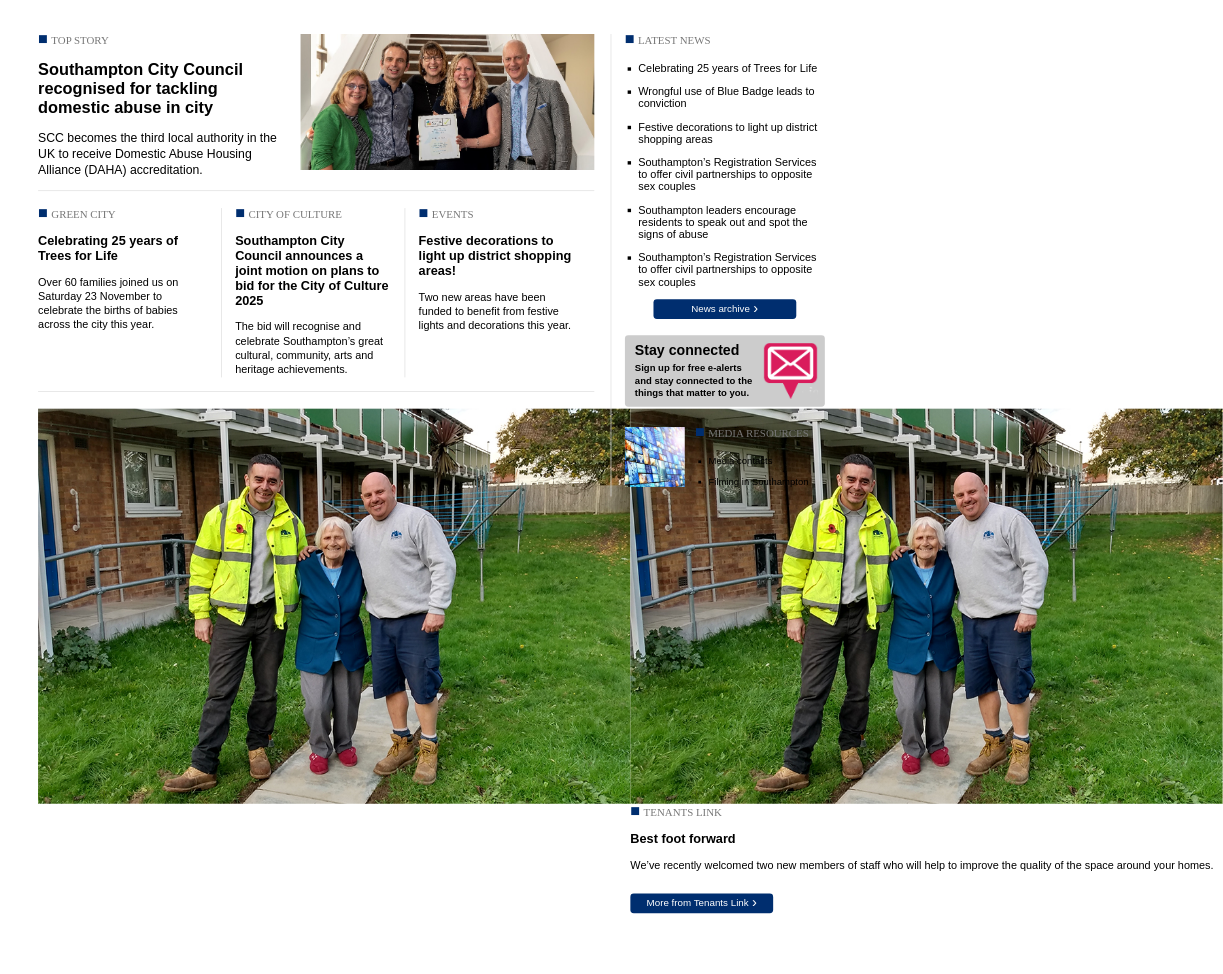
Repository: Domehead123/newspage
Page: index.html
The author's editor kept a record of every edit. The page is drawn from the files as they stood at one moment, then again after the next edit.
The browser window is 1280 px wide. The page is 1798 px wide, then 1280 px, so the pictures cover 1798 px, including what lies to the right of the window. The pictures show the whole page, at 68% of full size.
Some web libraries are served in a nearby version.

Above is the page before.

### index.html
<!DOCTYPE html>
<html lang="en">

<head>
    <meta charset="UTF-8">
    <meta name="viewport" content="width=device-width, initial-scale=1.0">
    <meta http-equiv="X-UA-Compatible" content="ie=edge">
    <script src="https://ajax.googleapis.com/ajax/libs/jquery/3.4.1/jquery.min.js"></script>

    <script src="https://kit.fontawesome.com/aae406265c.js" crossorigin="anonymous"></script>

    <link rel="stylesheet" href="news.css" type="text/css" />
    <title>News & Events</title>
</head>

<body>
    <div class="page-width">

        <div class="split-page">
            <div class="top-row">
                <div class="top-story">

                    <a href="#"><img class="top-large-pic" src="images/DAHA.jpg"></a>
                    <div class="subject-header">TOP STORY</div>


                    <h2><a href="#">

Southampton City Council recognised for tackling domestic abuse in city</a></h2>
                    <p><a href="#"><img class="top-small-pic" src="images/DAHA.jpg">SCC becomes the third local authority in the UK to receive Domestic Abuse Housing Alliance (DAHA) accreditation.</a></p>
                </div>


            </div>

            <div class="latest-news">
                <div class="subject-header">LATEST NEWS</div>

                <ul>
                    <li><a href="#">Celebrating 25 years of Trees for Life</a></li>
                    <li><a href="#">Wrongful use of Blue Badge leads to conviction</a></li>
                    <li><a href="#">Festive decorations to light up district shopping areas</li>
                    <li><a href="#">Southampton’s Registration Services to offer civil partnerships to opposite sex couples</a></li>
                    <li><a href="#">Southampton leaders encourage residents to speak out and spot the signs of abuse</a></li>
                    <li><a href="#">Southampton’s Registration Services to offer civil partnerships to opposite sex couples</a></li>

                </ul>
                <p class="more centre"><a href="#">News archive</a></p>
            </div>


            <div class="middle-row">
                <div class="topic">
                    <div class="subject-header ">GREEN CITY</div>

                    <h3><a href="#">
Celebrating 25 years of Trees for Life
 </a></h3>
                    <p><a href="#">Over 60 families joined us on Saturday 23 November to celebrate the births of babies across the city this year.</a></p>
                </div>
                <div class="topic">
                    <div class="subject-header">CITY OF CULTURE</div>

                    <h3><a href="#">Southampton City Council announces a joint motion on plans to bid for the City of Culture 2025</a></h3>
                    <p><a href="#">The bid will recognise and celebrate Southampton’s great cultural, community, arts and heritage achievements.</a></p>
                </div>

                <div class="topic">
                    <div class="subject-header ">EVENTS</div>

                    <h3><a href="#">
Festive decorations to light up district shopping areas!
 </a></h3>
                    <p><a href="#">Two new areas have been funded to benefit from festive lights and decorations this year.</a></p>

                </div>

            </div>




            <div class="bottom-row">
                <div class="lower-image">
                    <a href="#"><img src="images/tenants.jpg"></a>
                </div>
                <div class="tenants-container">
                    <div class="tenants"><a href="#"><img src="images/tenants.jpg"></a>

                        <div class="subject-header ">TENANTS LINK</div>

                        <h3><a href="#">Best foot forward</a></h3>
                        <p><a href="#">We’ve recently welcomed two new members of staff who will help to improve the quality of the space around your homes. </a></p>

                    </div>
                    <p class="more"><a href="#">More from Tenants Link</a></p>
                </div>




            </div>




        </div>

        <div class="side-panel">

            <div class="latest-news">
                <div class="subject-header">LATEST NEWS</div>

                <ul>
                    <li><a href="#">Celebrating 25 years of Trees for Life</a></li>
                    <li><a href="#">Wrongful use of Blue Badge leads to conviction</a></li>
                    <li><a href="#">Festive decorations to light up district shopping areas</li>
                    <li><a href="#">Southampton’s Registration Services to offer civil partnerships to opposite sex couples</a></li>
                    <li><a href="#">Southampton leaders encourage residents to speak out and spot the signs of abuse</a></li>
                    <li><a href="#">Southampton’s Registration Services to offer civil partnerships to opposite sex couples</a></li>

                </ul>
                <p class="more centre"><a href="#">News archive</a></p>
            </div>
            <div class="connected">

                <a href="#"><img src="images/connected.png"></a>
                <h2><a href="#">Stay connected</a></h2>

                <p><a href="#">Sign up for free e-alerts and stay connected to the things that matter to you.</a></p>
            </div>

            <div class="media">
                <div class="media-image">
                    <img src="images/media2.jpg">
                </div>


                <div class="media-text">
                    <div class="subject-header ">MEDIA RESOURCES</div>

                    <ul>
                        <li><a href="# ">Media contacts</a></li>
                        <li><a href="# ">Filming in Southampton</a></li>

                    </ul>
                </div>

            </div>






        </div>






</body>

</html>

### news.css
/* REMOVE LEFT-HAND NAV */

.sidebar__content {
    display: none !important;
}

.page-body {
    left: 0 !important;
    width: 100% !important;
    font-size: 20px;
}

.page-width {
    max-width: 1168px;
    margin: 50px auto;
    padding: 0 25px;
}


/* GENERAL STYLING AND LINKS */

h2,
h3,
h4,
li,
p {
    font-family: "franklin-gothic-urw", sans-serif;
}


p {
    font-size: 18px;
    line-height: 130%;
}


a {
    color: #000;
    text-decoration: none;
    transition: 0.4s all;
}

.centre {
    margin: 0 auto;
}


.topic:hover a,
.top-story:hover a,
.tenants:hover a,
.latest-news a:hover,
.connected:hover a,
.more a:hover,
.media a:hover {
    text-decoration: underline;
}

.subject-header {
    color: #777;
}

.subject-header:before {
    content: "\25A0";
    line-height: 0;
    font-size: 1.5em;
    color: #002e6f;
    margin-right: 5px;
}

/* MAIN CONTENT */

.split-page {
    display: inline-block;
    vertical-align: top;
    width: 70%;
}


.split-page .latest-news {
    padding: 25px 0;
    display: none;
    border-bottom: 1px solid #ddd;
    margin-bottom: 0;
}

.top-row {
    display: flex;
    border-bottom: 1px solid #ddd;
}

.middle-row {
    clear: both;
    display: flex;
    flex-wrap: wrap;
    border-bottom: 1px solid #ddd;
    padding: 25px 0 20px 0;
}

.bottom-row {
    clear: both;
    display: flex;
    padding: 25px 0;
}

.top-story {
    margin: 0;
    box-sizing: border-box;
}

.top-story::after {
    content: "";
    clear: both;
    display: table;
}


.top-large-pic {
    display: block;
    margin: 0 0 20px 20px;
    height: 200px;
    float: right;
}

.top-small-pic {
    display: none;
    float: right;
    margin: 0 0 20px 20px;
    height: 100px;
}

.topic {
    width: 33%;
    padding: 0 20px;
    box-sizing: border-box;
    display: inline-block;
    vertical-align: top;
}

.right-border {}

.topic p {
    font-size: 16px;
    margin-bottom: 0;
}

.tenants p {
    font-size: 16px;
}

.topic:nth-child(1) {
    padding: 0 20px 0 0;
    border-right: 1px solid #ddd;
}

.topic:nth-child(2) {
    border-right: 1px solid #ddd;
}

.lower-stories {
    border-right: 1px solid #ddd;
}

.bottom-large-pic {
    height: 200px;
    margin-right: 20px;
    float: left;
}

.bottom-small-pic {
    display: none;
    float: right;
    margin: 0 0 20px 20px;
    height: 100px;
}

.tenants-container {
    margin-right: 20px;
    box-sizing: border-box;
    display: inline-block;
    vertical-align: top;
}

.more {
    font-size: 0.9em;
    background: #002e6f;
    width: 200px;
    padding: 5px;
    text-align: center;
    border-radius: 5px;
}

.tenants-container .more {
    float: left;
}

.more a {
    color: #fff;
}

.more::after {
    content: "\203A";
    color: #fff;
    font-size: 1.5em;
    line-height: 0;
    margin-left: 5px;
    position: relative;
    top: 1px;
}



/* SIDE PANEL */

.side-panel {
    display: inline-block;
    vertical-align: top;
    width: 27%;
    margin-left: 20px;
    border-left: 1px solid #ddd;
    padding-left: 20px;
    box-sizing: border-box;
}

.latest-news {
    margin-bottom: 1.5em;
}

.latest-news ul,
.media ul {
    padding: 0 0 0 20px;
    margin-top: 1.5em;
}

.latest-news ul li,
.media ul li {
    margin: 0 0 1em 0;
    font-size: 16px;
    list-style-type: square;
}

.extras {
    display: flex;
    flex-wrap: wrap;
}


.connected {
    background: #ccc;
    padding: 10px 10px 10px 15px;
    border-radius: 5px;
    margin-bottom: 30px;
    width: 100%;
    box-sizing: border-box;
}

.connected img {
    float: right;
    height: 85px;
    margin-left: 10px;
}

.connected h2 {
    font-size: 1.3em;
    margin: 0 0 5px 0;
}

.connected p {
    font-size: 14px;
    font-weight: bold;
    margin: 0;
}


.connected::after {
    content: "";
    clear: both;
    display: table;
}

.media {
    width: 100%;

}

.media img {
    float: left;
    width: 30%;
    margin-right: 15px;
}

.media ul {
    padding: 0 0 0 20px;
    margin-top: 1.5em;
    margin-bottom: 0;
    display: inline-block;
    box-sizing: border-box;
    width: 60%;
}

.media ul li {
    margin: 0 0 1em 0;
    list-style-type: square;
    font-size: 14px;
}

.extras {
    display: flex;
}


@media only screen and (max-width: 1000px) {
    .split-page {
        width: 100%;
    }

    .side-panel {
        width: 100%;
        border-left: 0;
        margin: 0;
        padding: 0;
    }

    .split-page .latest-news {
        display: block
    }

    .side-panel .latest-news {
        display: none;
    }

    .connected {
        width: 45%;
        margin-right: 25px;
        margin-bottom: 0;
    }

    .media {
        width: 45%;
        border: 1px solid #ddd;
        padding: 15px;
        border-radius: 5px;
        box-sizing: content-box;
    }

}


@media only screen and (max-width: 750px) {
    .top-large-pic {
        display: none;
    }

    .top-small-pic {
        display: block;
    }

    .bottom-large-pic {
        display: none;
    }

    .bottom-small-pic {
        display: block;
    }

    .tenants-container {
        margin-right: 0;
    }

    .tenants-container .more {
        float: none;
        margin: 10px auto;
        clear: both;
    }

}


@media only screen and (max-width: 660px) {
    .connected {
        width: 100%;
        margin-right: 0;
        margin-bottom: 25px;
    }

    .media {
        width: 100%;
    }

    .media img {
        height: 100px;
        width: auto;
    }



}


@media only screen and (max-width: 600px) {
    .topic {
        width: 100%;
    }

    .topic:nth-child(1) {
        padding: 0 0 25px 0;
        border-right: 0;
        border-bottom: 1px solid #ddd;
    }

    .topic:nth-child(2) {
        padding: 25px 0;
        border-right: 0;
        border-bottom: 1px solid #ddd;
    }

    .topic:nth-child(3) {
        padding: 25px 0 0 0;
    }


}



@media only screen and (max-width: 450px) {

    .top-small-pic,
    .bottom-small-pic {
        height: auto;
        width: 100%;
    }
}



@media only screen and (max-width: 400px) {

    .media img {
        display: none;
    }
}

After the next edit:
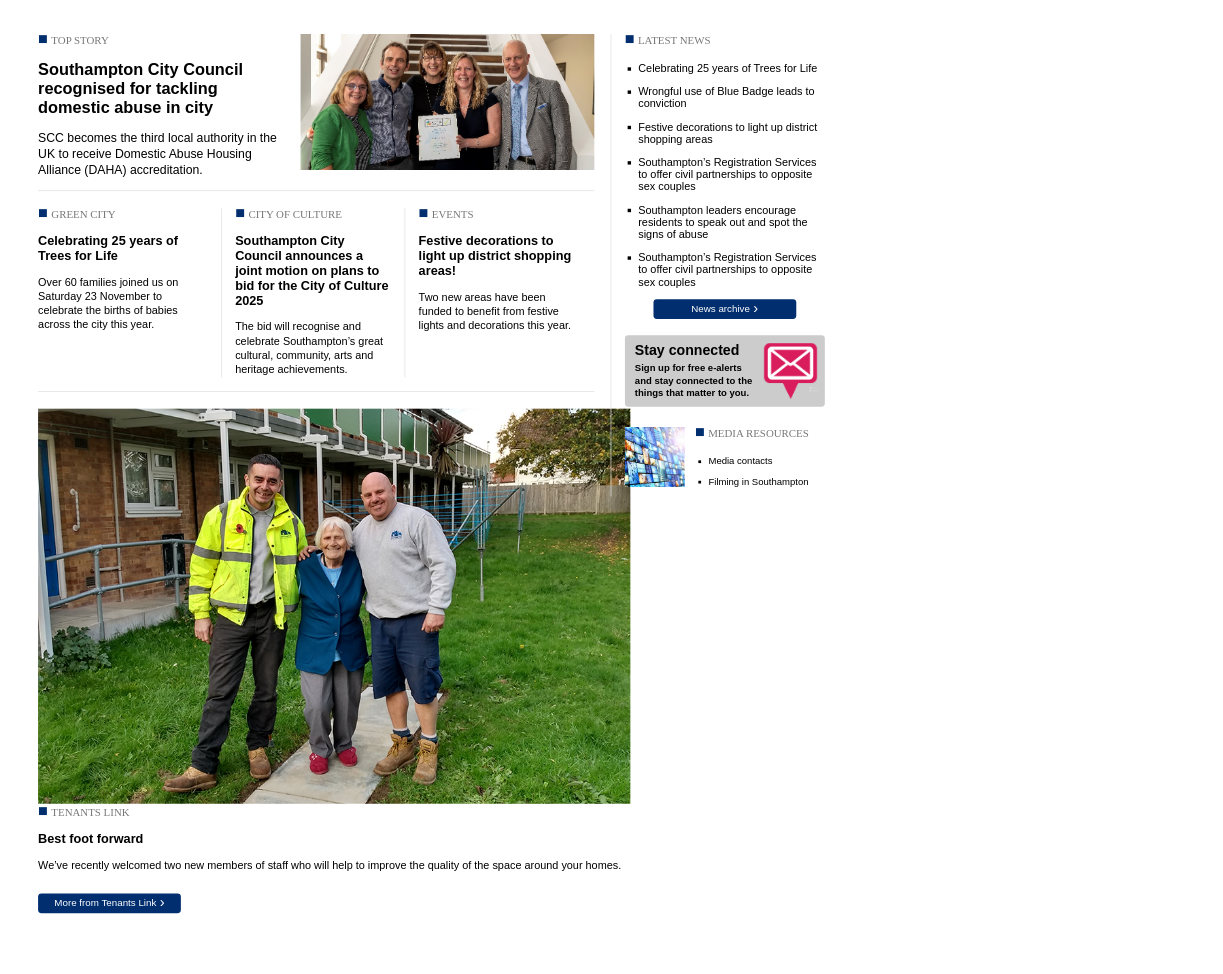
The edit:
--- a/index.html
+++ b/index.html
@@ -81,9 +81,7 @@
 
 
             <div class="bottom-row">
-                <div class="lower-image">
-                    <a href="#"><img src="images/tenants.jpg"></a>
-                </div>
+
                 <div class="tenants-container">
                     <div class="tenants"><a href="#"><img src="images/tenants.jpg"></a>
 
